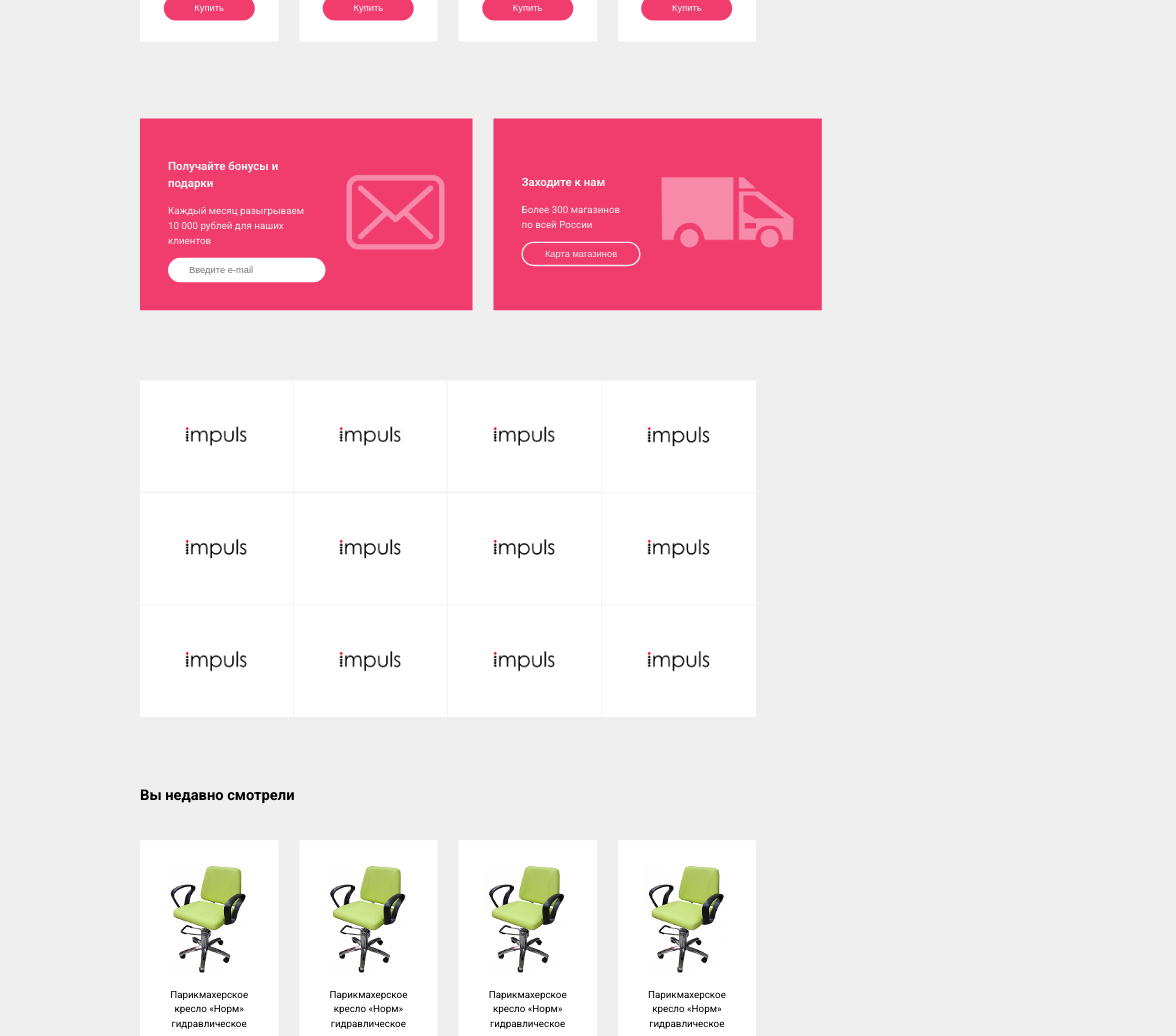
Repository: savannaaaas/verstka
Page: index.html
An editor plug-in stored every save of this project. The page is shown before and after the next save, followed by the edit.
The browser window is 1280 px wide. The page is 1680 px wide, so the pictures cover 1680 px, including what lies to the right of the window. The pictures show the part of the page from y = 1255 to 2735 px (the page is 3537 px tall before and 3562 px after), at 70% of full size.
Some web fonts or font styles are not loaded; a fallback is used.

Above is the page before, as saved 2025-04-17 17:36:03.

### index.html
<!DOCTYPE html>
<html lang="en">
<head>
    <meta charset="UTF-8">
    <meta name="viewport" content="width=device-width, initial-scale=1.0">
    <title>Figma</title>
    <link rel="preconnect" href="https://fonts.googleapis.com">
    <link rel="preconnect" href="https://fonts.gstatic.com" crossorigin>
    <link href="https://fonts.googleapis.com/css2?family=Istok+Web:ital,wght@0,400;0,700;1,400;1,700&family=Italiana&family=Jura:wght@300..700&family=Roboto:ital,wght@0,100..900;1,100..900&display=swap" rel="stylesheet">
    <link rel="stylesheet" href="style.css">
</head>
<body>
    <div class="content">
        <div class="top-line">
            <ul>
                <li>Доставка</li>
                <li>Оплата</li>
                <li>Отзывы</li>
                <li>Вопрос-ответ</li>
                <li>Контакты</li>
            </ul>
        </div>
        <div class="second-line">
            <div class="second-line-content">
                <div class="logo">
                    <img alt="logo" src="img/logo.png">
                    <h1>BEAUTY</h1>
                </div>
            <div class="search">
                <input class="search">
                <img alt="search" src="img/search.png">
            </div>
            <div class="contact">
                <p>8 (812) 123-45-67</p>
                <button>Обратный звонок</button>
            </div>
        </div>
        <hr class="line">
            <div class="service">
                <ul>
                    <li>Парикмахерская</li>
                    <li>Барбершоп</li>
                    <li>Маникюр</li>
                    <li>Педикюр</li>
                    <li>Массаж</li>
                    <li>Мебель</li>
                </ul>
            </div>
        </div>

        <div class="sale">
            <div class="text-armchair">
                <h1>Супер кресло</h1>
                <p>Текст акции всегда отражает суть, а не просто болтовню, поэтому внимательнее</p>
                <button>Подробнее</button>
            </div>
            <img class="elipse1" alt="elipse" src="img/elipse1.png">
            <img class="elipse2" alt="elipse" src="img/ellipse2.png">
            <img class="chair" alt="chair" src="img/armchairs.png">
        </div>
        <div class="goods">
            <h2>Специальные предложения</h2>
            <div class="armChairsGreen">
                <div class="armchair1">
                    <img alt="armchair" src="img/greenArmchair.png">
                    <p class="text-greenArmchair">Парикмахерское кресло «Норм» гидравлическое</p>
                    <h3>9 900 ₽</h3>
                    <button>Купить</button>
                </div>
                <div class="armchair2">
                    <img alt="armchair" src="img/greenArmchair.png">
                    <p class="text-greenArmchair">Парикмахерское кресло «Норм» гидравлическое</p>
                    <h3>9 900 ₽</h3>
                    <button>Купить</button>
                </div>
                <div class="armchair3">
                    <img alt="armchair" src="img/greenArmchair.png">
                    <p class="text-greenArmchair">Парикмахерское кресло «Норм» гидравлическое</p>
                    <h3>9 900 ₽</h3>
                    <button>Купить</button>
                </div>
                <div class="armchair4">
                    <img alt="armchair" src="img/greenArmchair.png">
                    <p class="text-greenArmchair">Парикмахерское кресло «Норм» гидравлическое</p>
                    <h3>9 900 ₽</h3>
                    <button>Купить</button>
                </div>
            </div>

        </div>
        <div class="subscribe">
            <div class="subscribe1">
                <div class="bonus">
                    <h3>Получайте бонусы и подарки</h3>
                    <p>Каждый месяц разыгрываем <br>10 000 рублей для наших клиентов<br></p>
                    <input placeholder="Введите e-mail">
                </div>
                <div>
                    <img alt="envelope" src="img/envelope.png">
                </div>
            </div>
            <div class="subscribe2">
                <div class="bonus">
                    <h3>Заходите к нам</h3>
                    <p>Более 300 магазинов <br>по всей России<br></p>
                    <button>Карта магазинов</button>
                </div>
                <div>
                    <img alt="car" src="img/car.png">
                </div>
            </div>
        </div>
        <div class="brands">
            <img alt="impuls" src="img/impuls.png">
            <img alt="impuls" src="img/impuls.png">
            <img alt="impuls" src="img/impuls.png">
            <img alt="impuls" src="img/impuls.png">
            <img alt="impuls" src="img/impuls.png">
            <img alt="impuls" src="img/impuls.png">
            <img alt="impuls" src="img/impuls.png">
            <img alt="impuls" src="img/impuls.png">
            <img alt="impuls" src="img/impuls.png">
            <img alt="impuls" src="img/impuls.png">
            <img alt="impuls" src="img/impuls.png">
            <img alt="impuls" src="img/impuls.png">

        </div>
        <div class="goods">
            <h2>Вы недавно смотрели</h2>
            <div class="armChairsGreen">
                <div class="armchair1">
                    <img alt="armchair" src="img/greenArmchair.png">
                    <p class="text-greenArmchair">Парикмахерское кресло «Норм» гидравлическое</p>
                    <h3>9 900 ₽</h3>
                    <button>Купить</button>
                </div>
                <div class="armchair2">
                    <img alt="armchair" src="img/greenArmchair.png">
                    <p class="text-greenArmchair">Парикмахерское кресло «Норм» гидравлическое</p>
                    <h3>9 900 ₽</h3>
                    <button>Купить</button>
                </div>
                <div class="armchair3">
                    <img alt="armchair" src="img/greenArmchair.png">
                    <p class="text-greenArmchair">Парикмахерское кресло «Норм» гидравлическое</p>
                    <h3>9 900 ₽</h3>
                    <button>Купить</button>
                </div>
                <div class="armchair4">
                    <img alt="armchair" src="img/greenArmchair.png">
                    <p class="text-greenArmchair">Парикмахерское кресло «Норм» гидравлическое</p>
                    <h3>9 900 ₽</h3>
                    <button>Купить</button>
                </div>
            </div>

        </div>
        <footer>
            <div class="footer-categories">
                <div class="footer-category">
                    <h4>Популярные<br>категории</h4>
                    <hr>
                    <p>Насадки</p>
                    <p>Инструменты</p>
                    <p>Гель-лаки</p>
                    <p>Дизайн</p>
                    <p>Наращивание</p>
                    <p>Оборудование</p>
                </div>
                <div class="footer-category">
                    <h4>Популярные<br>категории</h4>
                    <hr>
                    <p>Насадки</p>
                    <p>Инструменты</p>
                    <p>Гель-лаки</p>
                    <p>Дизайн</p>
                    <p>Наращивание</p>
                    <p>Оборудование</p>
                </div>
                <div class="footer-category">
                    <h4>Популярные<br>категории</h4>
                    <hr>
                    <p>Насадки</p>
                    <p>Инструменты</p>
                    <p>Гель-лаки</p>
                    <p>Дизайн</p>
                    <p>Наращивание</p>
                    <p>Оборудование</p>
                </div>
                <div class="footer-category">
                    <h4>Популярные<br>категории</h4>
                    <hr>
                    <p>Насадки</p>
                    <p>Инструменты</p>
                    <p>Гель-лаки</p>
                    <p>Дизайн</p>
                    <p>Наращивание</p>
                    <p>Оборудование</p>
                </div>
            </div>
            <hr>
        <div class="footer-line">
            <div class="footer-logo">
                <img alt="" src="img/youtube.png">
                <img alt="" src="img/vk.png">
                <img alt="" src="img/facebook.png">
                <img alt="" src="img/instagram.png">
            </div>
            <div>
                <p>198555, Невский пр. 140, офис 140</p>
            </div>
            <div class="contact">
                <p>8 (812) 123-45-67</p>
                <button>Обратный звонок</button>
            </div>
        </div>
           <div class="footer-info">
            <div>
                <p>Лучший магазин (с) 2019 Все права защищены. Интернет-магазин оборудования для салонов красоты</p>
            </div>
            <div>
                <p>Политика конфиденциальности</p>
            </div>
           </div>

        </footer>

    </div>
</body>
</html>

### style.css
body {
    min-height: 100vh;
    max-width: 1920px;
    margin: 0 auto;
    scroll-behavior: smooth;
    text-rendering: optimizeSpeed;
    line-height: 1.5;
    padding: 0;
    font-family: "Roboto", sans-serif;
    font-weight: 400;
    font-style: normal;
    font-size: 14px;
    background-color: #EFEFEF;

  }

  .top-line{
    display: flex;
    height: 50px;
    align-items: center;
    justify-content: center;

  }
   .top-line ul{
    display: flex;
    list-style: none;
    flex-wrap: nowrap;
    gap: 30px;
   }

   .second-line{

    display: flex;
    margin: 0 auto;
    align-items: center;
    flex-direction: column;
    padding: 0px 200px;
    background-color: #FFFFFF;
   }
   .second-line-content{
    width: 100%;
    height: 100%;
    display: flex;
    margin: 0 auto;
    align-items: center;
  justify-content: space-between;
  padding: 20px 0;

   }

.logo{
    display: flex;
    flex-wrap: nowrap;
    gap: 30px;
   }
.logo img{
    width: 90px;
    height: 90px;
}
 .logo h1{
    font-size: 36px;
    color: #F13C6E;
   }

   .search {
    position: relative;
    width: 250px;
    height: 40px;
  }

  .search input {
    border-radius: 40px;
    width: 100%;
    height: 100%;
    border: none;
    background-color: #EFEFEF;
    padding-left: 40px;
  }

  .search img {
    position: absolute;
    left: 10px;
    top: 50%;
    transform: translateY(-50%);
    width: 20px;
    height: 20px;
    pointer-events: none;
  }
  .contact{
    display: flex;
    gap: 40px;
    align-items: center;

  }
  .contact p{
    font-size: 16px;
  }
  .contact button{
    width: 170px;
    height: 40px;
    border: 2px solid #F13C6E;
    border-radius: 40px;
    background: transparent;
  }
  hr.line {
    width: calc(100% + 400px);
    margin-left: -200px;
    border: none;
    border-top: 1px solid #EFEFEF;
    margin-top: 0;
    margin-bottom: 0;
  }
.service ul{
    display: flex;
    list-style: none;
    flex-wrap: nowrap;
    justify-content: center;
    align-items: center;
    gap: 40px;
    font-size: 16px;
   }

   .sale{
    display: flex;
    position: relative;
    background-color: #F13C6E;
    justify-content: space-between;
    align-items: center;
    padding: 100px 200px;
    /**/
    overflow: hidden;
   }

   .elipse1 {
    position: absolute;
    right: 100px;
    top: 50%;
    transform: translateY(-50%);
    z-index: 0;
  }

  .elipse2 {
    position: absolute;
    right: 180px;
    top: 50%;
    transform: translateY(-50%);
    z-index: 1;
  }

  .chair {
    position: absolute;
    right: 180px;
    top: 50%;
    transform: translateY(-50%);
    z-index: 2;
  }

  .text-armchair {
    z-index: 3;
    max-width: 350px;
    color: #EFEFEF;
  }

   .text-armchair h1{
    font-size: 48px;
    color: #EFEFEF;
   }
   .text-armchair p{
    font-size: 14px;
    color: #EFEFEF;
    margin: 50px 0;
   }
   .text-armchair button{
    width: 170px;
    height: 40px;
   background: transparent;
   border-radius: 40px;
   border: 2px solid #EFEFEF;
   color: #EFEFEF;
   }
   .goods{
    padding: 80px 200px ;
   }
   .armChairsGreen{
   display: flex;
   justify-content: center;
   align-items: center;
   flex-direction: row;
   gap: 30px;
   padding: 30px 0px;
   }
   .armchair1, .armchair2, .armchair3, .armchair4{
    display: flex;
    justify-content: center;
    align-items: center;
    flex-direction: column;
    text-align: center;
    padding: 30px;
    background-color: #ffffff;
   }
   .armchair1 button, .armchair2 button, .armchair3 button, .armchair4 button{
   width: 130px;
   height: 35px;
   border: none;
   background-color: #F13C6E;
   color: #FFFFFF;
   border-radius: 30px;
   }
   .armchair1 h3, .armchair2 h3, .armchair3 h3, .armchair4 h3{
        font-size: 21px;
        margin: 10px;
    }
    .subscribe {
      display: flex;
      padding: 0 200px 100px;
      flex-direction: row;
      align-items: stretch;
      gap: 30px;
  }

  .subscribe1, .subscribe2 {
      display: flex;
      flex: 1 1 50%;
      background-color: #F13C6E;
      padding: 40px;
      flex-direction: row;
      color: #EFEFEF;
      box-sizing: border-box;
      gap: 30px;
      align-items: center;
      justify-content: space-between;
      min-height: 212px;
  }
    .bonus input{
        width: 225px;
        height: 35px;
        color: #C4C4C4;
        border: none;
        border-radius: 30px;
        padding: 0 30px;
        box-sizing: border-box;
    }
    .bonus button{
        width: 170px;
        height: 35px;
        border: 2px solid #EFEFEF;
        color: #EFEFEF;
        background-color: transparent;
        border-radius: 40px;
    }
    .brands {
        display: grid;
        grid-template-columns: repeat(4, 1fr);
        border-collapse: collapse;
        padding: 0px 200px;
      }

      .brands img {
        background-color: #FFFFFF;
        width: 100%;
        height: auto;
        padding: 65px;
        border-right: 1px solid #EFEFEF;
        border-bottom: 1px solid #EFEFEF;
        box-sizing: border-box;
      }
      .brands img:nth-child(4n) {
        border-right: none;
      }

      .brands img:nth-last-child(-n+4) {
        border-bottom: none;
      }

      .footer-categories{
        display: flex;
        flex-direction: row;
        gap: 80px;
        padding: 60px 200px;
        width: 100%;
        background-color: #FFFFFF;
      }

      .footer-category{
        width: 255px;
      }

      .footer-category p{
       font-size: 12px;
       color: #828282;
      }
      .footer-category hr{
        border: 1px solid #EFEFEF;
       }
       footer{
        background-color: #FFFFFF;
       }
       .footer-line {
        display: flex;
        justify-content: space-between;
        align-items: center;
        flex-wrap: wrap;
        margin: 30px 0;
        padding: 0 200px;
      }

      .footer-line p {
        font-size: 12px;
      }
       footer hr{
        border: 1px solid #EFEFEF;
       }
       .footer-logo{
        display: flex;
        flex-direction: row;
        gap: 20px;
       }
       .footer-info {
        display: flex;
        justify-content: space-between;
        flex-wrap: wrap;
        border-top: 1px solid #ccc;
        padding-top: 20px;
        font-size: 13px;
        color: #828282;
        padding: 20px 200px;
        background-color: #EFEFEF;

      }

      .footer-info p {
        margin: 0;
      }

After the next save:
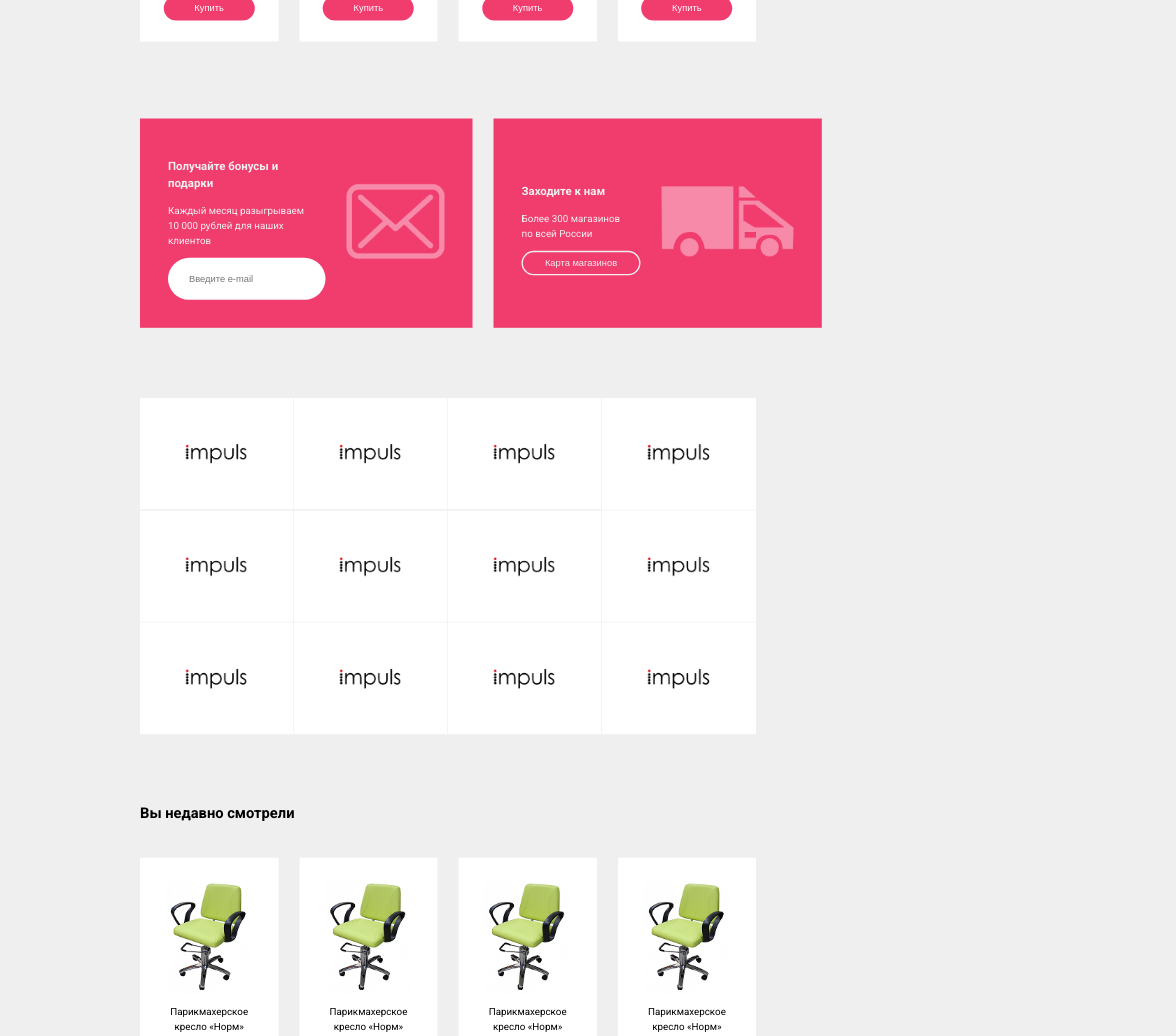
Saved 104 s later.
--- a/style.css
+++ b/style.css
@@ -237,7 +237,7 @@
         color: #C4C4C4;
         border: none;
         border-radius: 30px;
-        padding: 0 30px;
+        padding: 30px;
         box-sizing: border-box;
     }
     .bonus button{

After the save that followed:
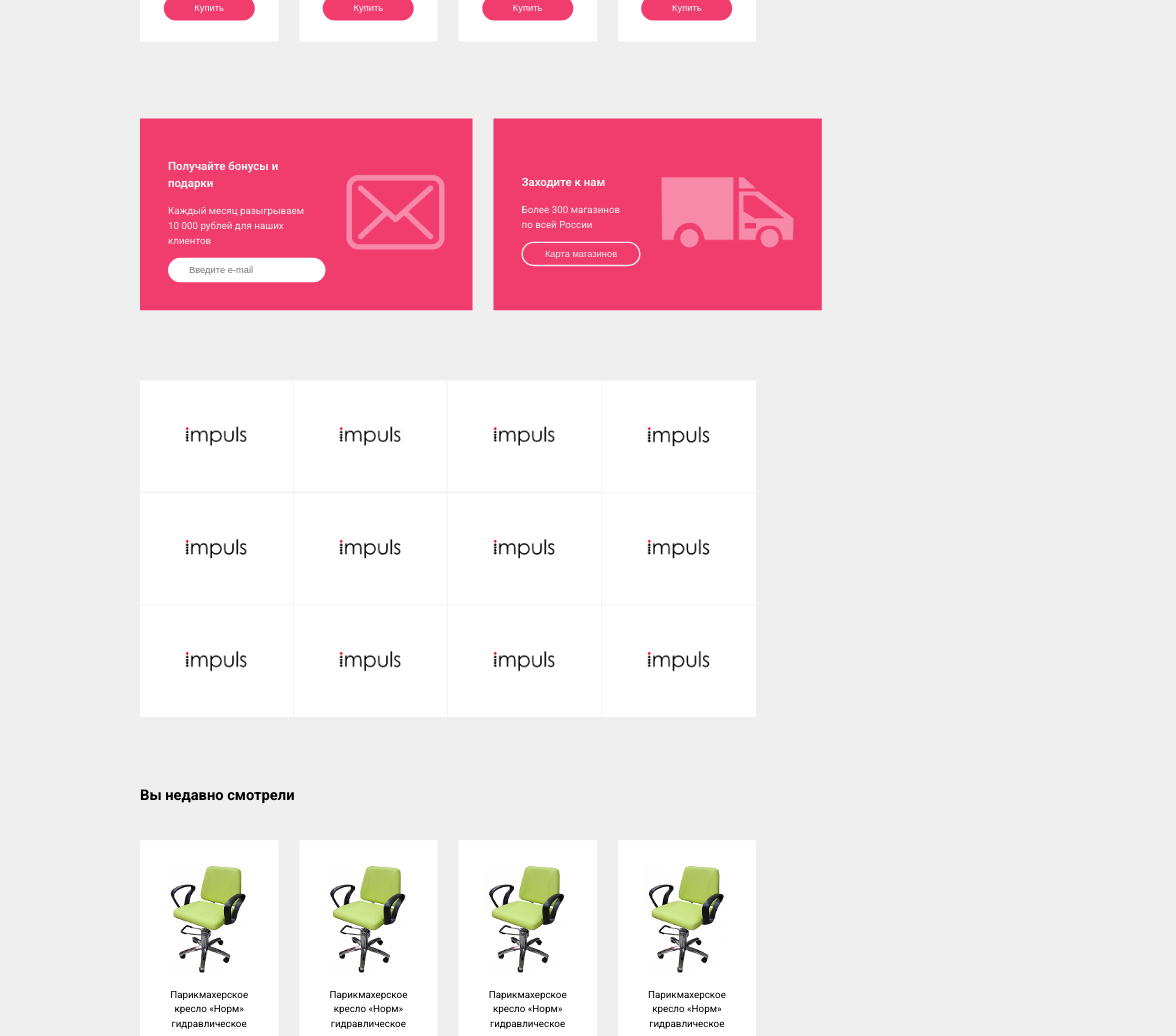
Saved 12 s later.
--- a/style.css
+++ b/style.css
@@ -237,7 +237,7 @@
         color: #C4C4C4;
         border: none;
         border-radius: 30px;
-        padding: 30px;
+        padding: 0 30px;
         box-sizing: border-box;
     }
     .bonus button{
